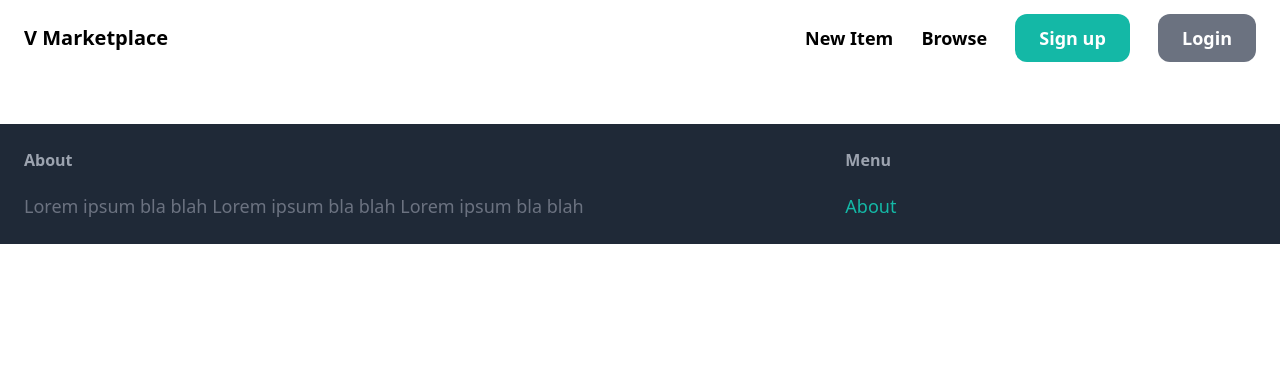
Repository: venu-369/marketplace_django
Page: marketplace/core/templates/core/base.html
These files come from the project's save history. The page is drawn as it stood at one moment and after the next save; the edit follows.
The browser window is 1280 px wide. The pictures show the whole page.
Some web libraries are served in a nearby version. The template is drawn by Django 4.2. The application's start-up code is not run. Other server files are loaded and not shown. The template is opened directly, without the code that normally fills it, so the values that code supplies are empty.

Above is the page before, as saved 2023-02-06 14:42:13.

### marketplace/core/templates/core/base.html
<!doctype html>


<html>
    <head>
        <meta charset="utf-8">
        <meta name= "viewport" content="width=device-width, initial-scale=1">

        <script src="https://cdn.tailwindcss.com"></script>

        <title>{% block title %}{% endblock %} | V Marketplace</title>
    </head>

    <body>
        <nav class="py-6 px-6 flex justify-between items-center boreder-b border-gray-200">
            <a href="/" class="text-xl font-semibold">V Marketplace</a>

            <div class="space-x-6">
                <a href="#" class="text-lg font-semibold hover:text-gray-500">New Item</a>
                <a href="#" class="text-lg font-semibold hover:text-gray-500">Browse</a>

                <a href="#" class="px-6 py-3 text-lg font-semibold bg-teal-500 text-white rounded-xl hover:bg-teal-600">Sign up</a>
                <a href="#" class="px-6 py-3 text-lg font-semibold bg-gray-500 text-white rounded-xl hover:bg-gray-600">Login</a>
            </div>
        </nav>
        <div class="px-6 py-6">
            {% block content %}
            {% endblock %}
        </div>
        <footer class="py-6 px-6 flex justify-between bg-gray-800">
            <div class="w-2/3 pr-10">
                <h3 class="mb-5 font-semibold text-gray-400">About</h3>
                <p class="text-lg text-gray-500">Lorem ipsum bla blah Lorem ipsum bla blah Lorem ipsum bla blah</p>
            </div>
            <div class="w-1/3 ">
                <h3 class="mb-5 font-semibold text-gray-400">Menu</h3>

                <ul class="space-y-2">
                    <li><a href="#" class="text-lg text-teal-500 hover:text-teal-700">About</a></li>
                </ul>

            </div>
        </footer>
    </body>
</html>

After the next save:
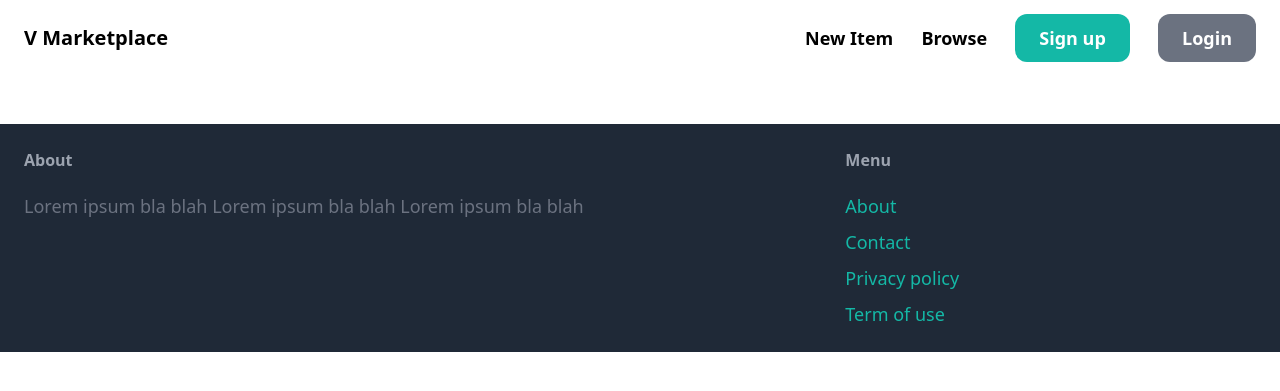
Saved 51 s later.
--- a/marketplace/core/templates/core/base.html
+++ b/marketplace/core/templates/core/base.html
@@ -37,6 +37,9 @@
 
                 <ul class="space-y-2">
                     <li><a href="#" class="text-lg text-teal-500 hover:text-teal-700">About</a></li>
+                    <li><a href="#" class="text-lg text-teal-500 hover:text-teal-700">Contact</a></li>
+                    <li><a href="#" class="text-lg text-teal-500 hover:text-teal-700">Privacy policy</a></li>
+                    <li><a href="#" class="text-lg text-teal-500 hover:text-teal-700">Term of use</a></li>
                 </ul>
 
             </div>
